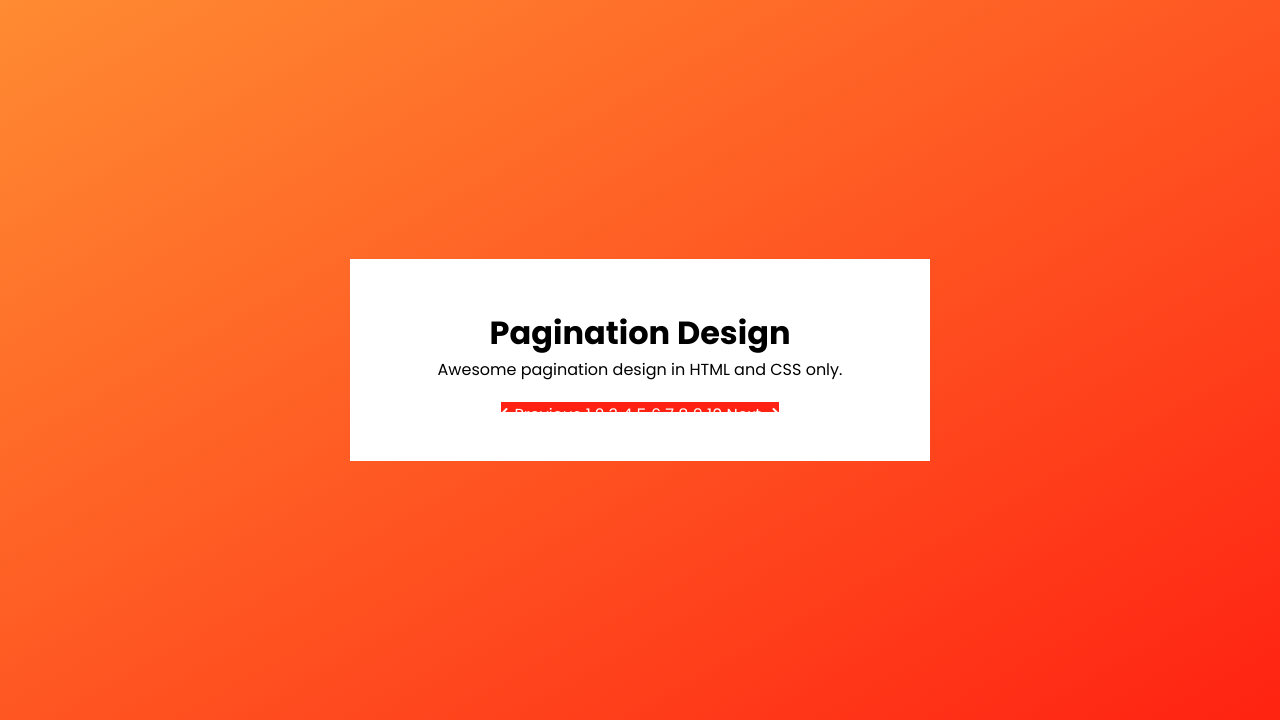
Repository: Ankitkr2021/Awesome-Pagination
Page: index.html
An editor plug-in stored every save of this project. The page is shown before and after the next save, followed by the edit.
The browser window is 1280 px wide. The pictures show the whole page.

Above is the page before, as saved 2025-10-02 09:00:49.

### index.html
<!DOCTYPE html>
<html lang="en">
<head>
    <meta charset="UTF-8">
    <meta name="viewport" content="width=device-width, initial-scale=1.0">
    <title>Document</title>
    <link rel="stylesheet" href="https://cdnjs.cloudflare.com/ajax/libs/font-awesome/6.5.0/css/all.min.css">
    <link rel="stylesheet" href="./style.css">
</head>
<body>
    <div class="page">
        <h1>Pagination Design</h1>
        <p>Awesome pagination design in HTML and CSS only.</p>
        <div class="box">
             <i class="fas fa-arrow-left"></i>Previous
            1
            2
            3
            4
            5
            6
            7
            8
            9
            10
            Next <i class="fas fa-arrow-right"></i>
        </div>
    </div>
</body>
</html>

### style.css
@import url("https://fonts.googleapis.com/css2?family=Poppins:wght@300;400;500;600;700&display=swap");

*{
    margin: 0;
    padding: 0;
    box-sizing: border-box;
    font-family: "Poppins",sans-serif;
}

body{
    display: flex;
   justify-content: center;
   align-items: center;
    height: 100vh;
    width: 100%;
    background: linear-gradient(to bottom right, rgb(255, 139, 50), rgb(255, 34, 18));
}

.page{
   display: flex;
   justify-content: center;
   align-items: center;
   flex-direction: column;
   background: #fff;
   width: 580px;
   height: 202px;
}

h1 {
    padding: 0 20px;
}

p {
    margin-bottom: 20px;
}

.box {
    background: rgb(255, 34, 18);
    color: #fff;
    height: 10px;
}

After the next save:
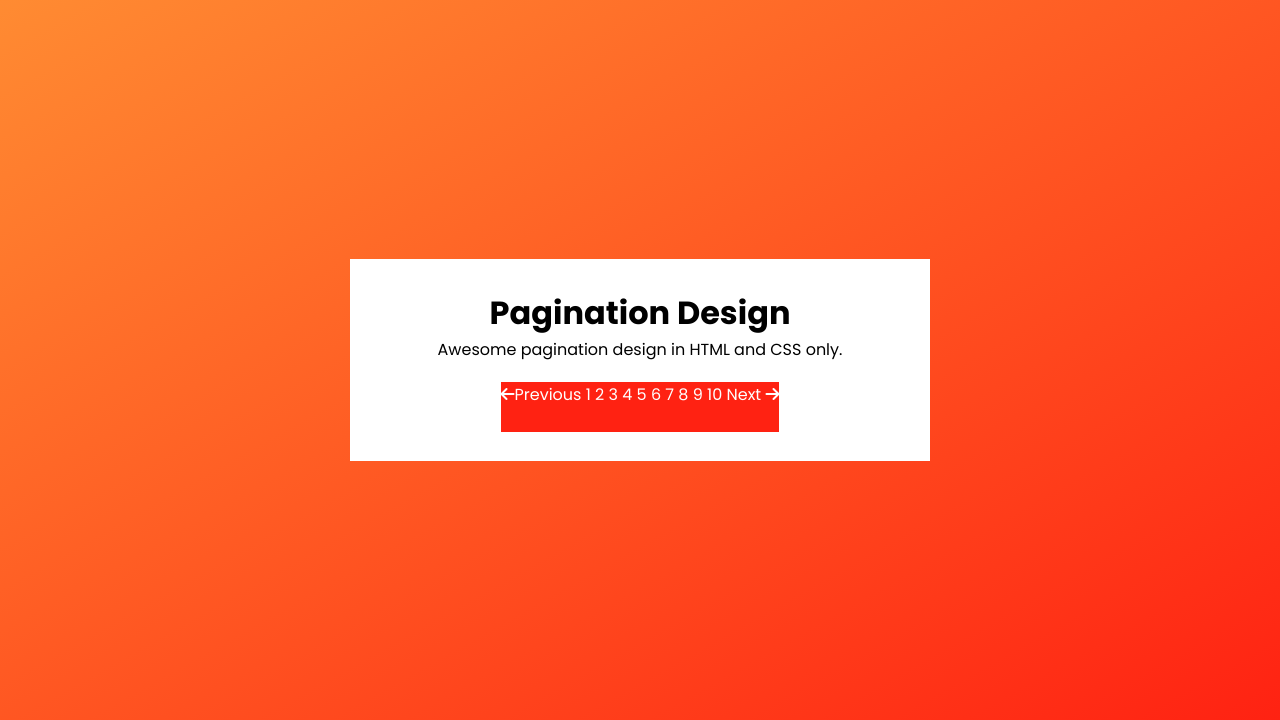
Saved 4 s later.
--- a/style.css
+++ b/style.css
@@ -37,5 +37,5 @@ p {
 .box {
     background: rgb(255, 34, 18);
     color: #fff;
-    height: 10px;
+    height: 50px;
 }
